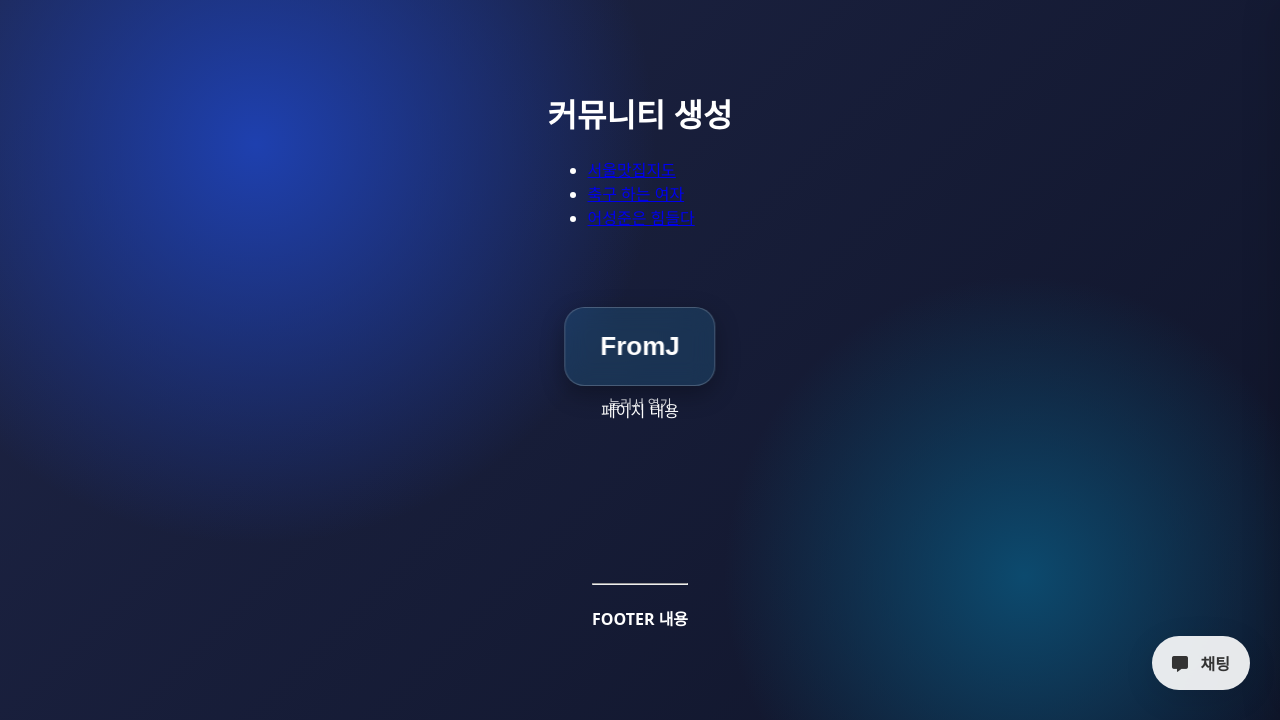
Repository: caramelpopcornKHU/JavaJSPProject
Page: http://localhost/FromJ/
The author's editor kept a copy of each file at every save. The page is drawn from the files as they stood at one save, then again after the next save.
The browser window is 1280 px wide. The pictures show the whole page.
The page is served by Tomcat 9.

Above is the page before, as saved 2025-08-17 16:13:43.
Console error: SyntaxError: Unexpected token ')'

After the next save:
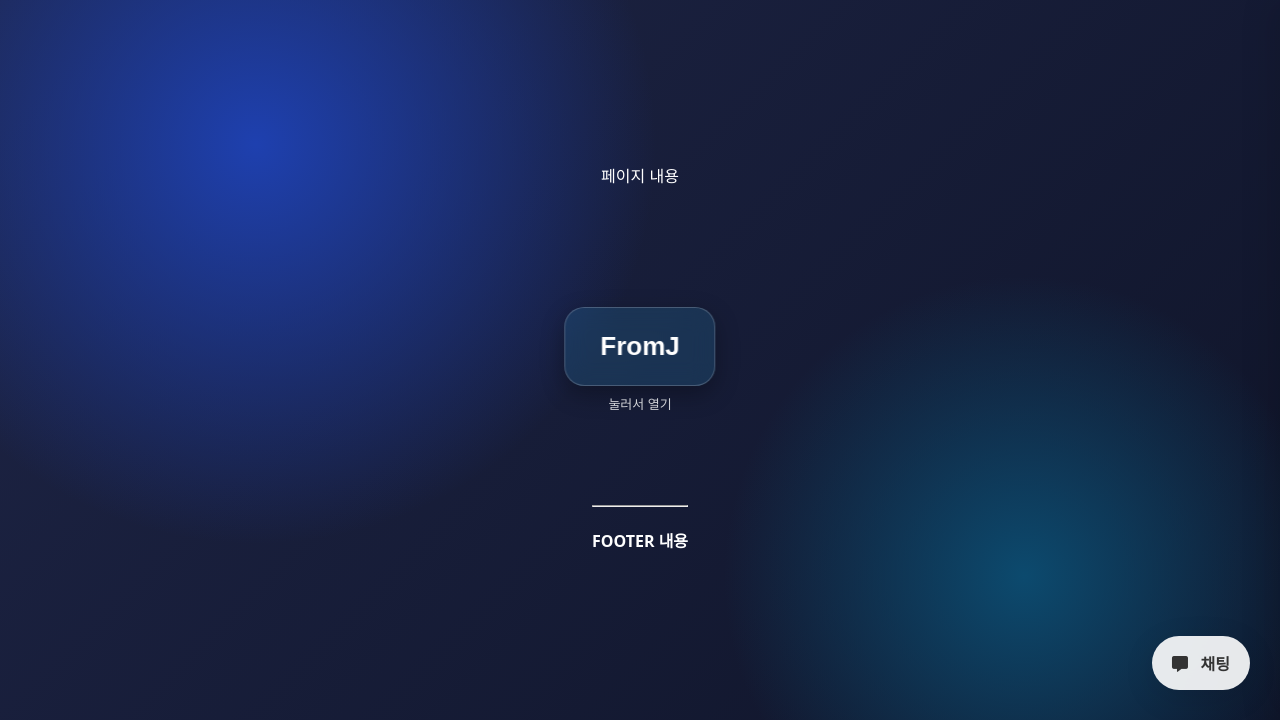
Saved 2 min 28 s later.
--- a/FromJ/src/main/webapp/index.jsp
+++ b/FromJ/src/main/webapp/index.jsp
@@ -9,9 +9,9 @@
 </head>
 <body>
 
-<!-- 하단 메뉴 버튼 -->
+<%-- <!-- 하단 메뉴 버튼 -->
 <jsp:include page="header/header.jsp"></jsp:include>
-
+ --%>
 <!-- 본문 메뉴 버튼 -->
 <jsp:include page="body/body.jsp"></jsp:include>
 
